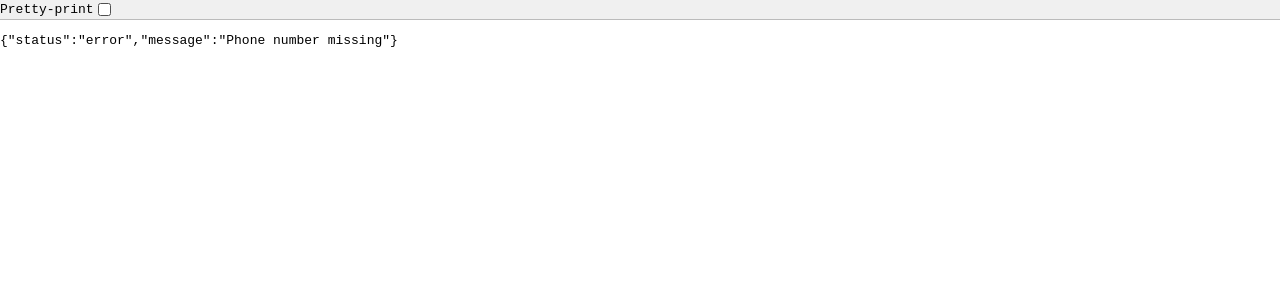
Repository: shrewd-baddest/YOGOBLAST_SERVER-SIDE
Page: http://localhost/orders.php
An editor plug-in stored every save of this project. The page is shown before and after the next save, followed by the edit.
The browser window is 1280 px wide. The pictures show the whole page.
The page is run by PHP 8.4 with error messages shown; the project is at /var/www/html/. Queries for data that is not in the repository find no rows.

Above is the page before, as saved 2025-06-06 16:14:44.

After the next save:
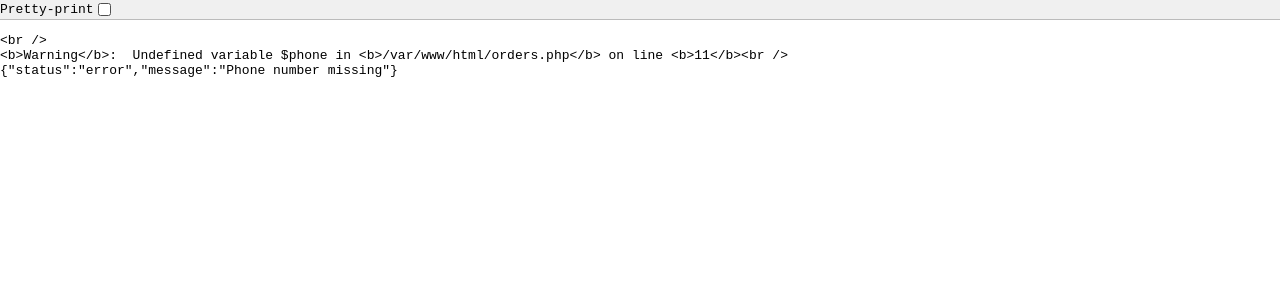
Saved 8 s later.
--- a/orders.php
+++ b/orders.php
@@ -8,8 +8,7 @@
 
 include('connect.php');
 $order_details= json_decode(file_get_contents("php://input"), true);
-$phone = $_GET['phone'] ?? '';
-if (!$phone) {
+ if (!$phone) {
     echo json_encode(["status" => "error", "message" => "Phone number missing"]);
     exit;
 }

After the 2 saves that followed:
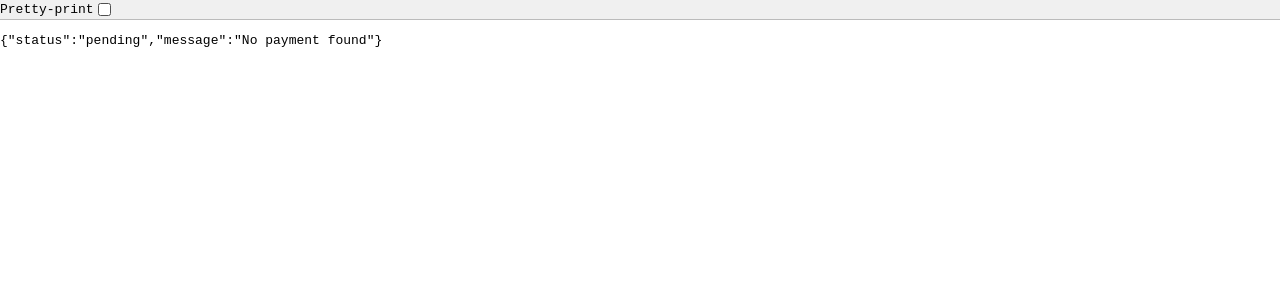
The 2 saves are shown as one change because they came seconds apart.
The last was saved 13 s later.
--- a/orders.php
+++ b/orders.php
@@ -8,10 +8,7 @@
 
 include('connect.php');
 $order_details= json_decode(file_get_contents("php://input"), true);
- if (!$phone) {
-    echo json_encode(["status" => "error", "message" => "Phone number missing"]);
-    exit;
-}
+
 
 $stmt = $conn->prepare("SELECT * FROM payments WHERE phone = ? ORDER BY id DESC LIMIT 1");
 $stmt->bind_param("s", $phone);
